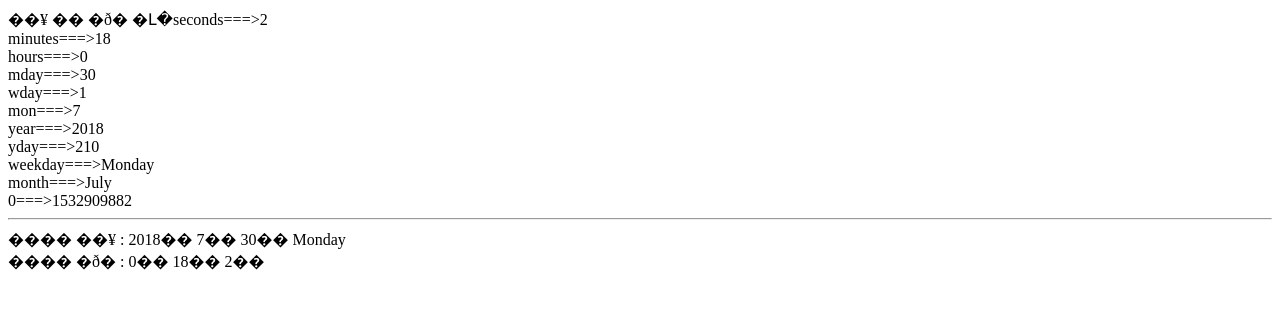
Repository: 2ujin/2018-PHP-afterschool
Page: http://localhost/CH08/01_getdate.php
The author's editor kept a copy of each file at every save. The page is drawn from the files as they stood at one save, then again after the next save.
The browser window is 1280 px wide. The pictures show the whole page.
The page is run by PHP 8.4 with error messages shown; the project is at /var/www/html/.

Above is the page before, as saved 2018-08-01 00:31:14.

After the next save:
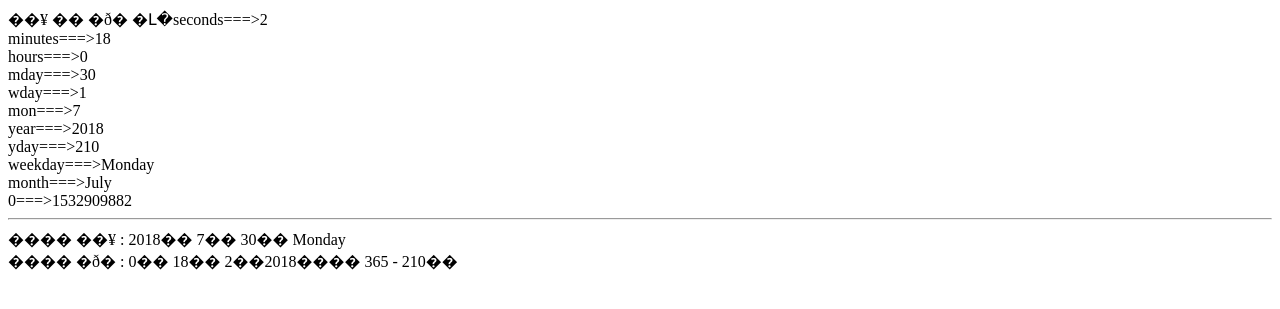
Saved 37 s later.
--- a/PHPStudy/CH08/01_getdate.php
+++ b/PHPStudy/CH08/01_getdate.php
@@ -11,5 +11,6 @@ foreach($today as $key=>$value)
 
     echo "오늘 날짜 : $today[year]년 $today[mon]월 $today[mday]일 $today[weekday] <br> ";
     echo "지금 시간 : $today[hours]시 $today[minutes]분 $today[seconds]초";
+    echo "$today[year]년이 365 - $today[yday]년";
 
     ?>
